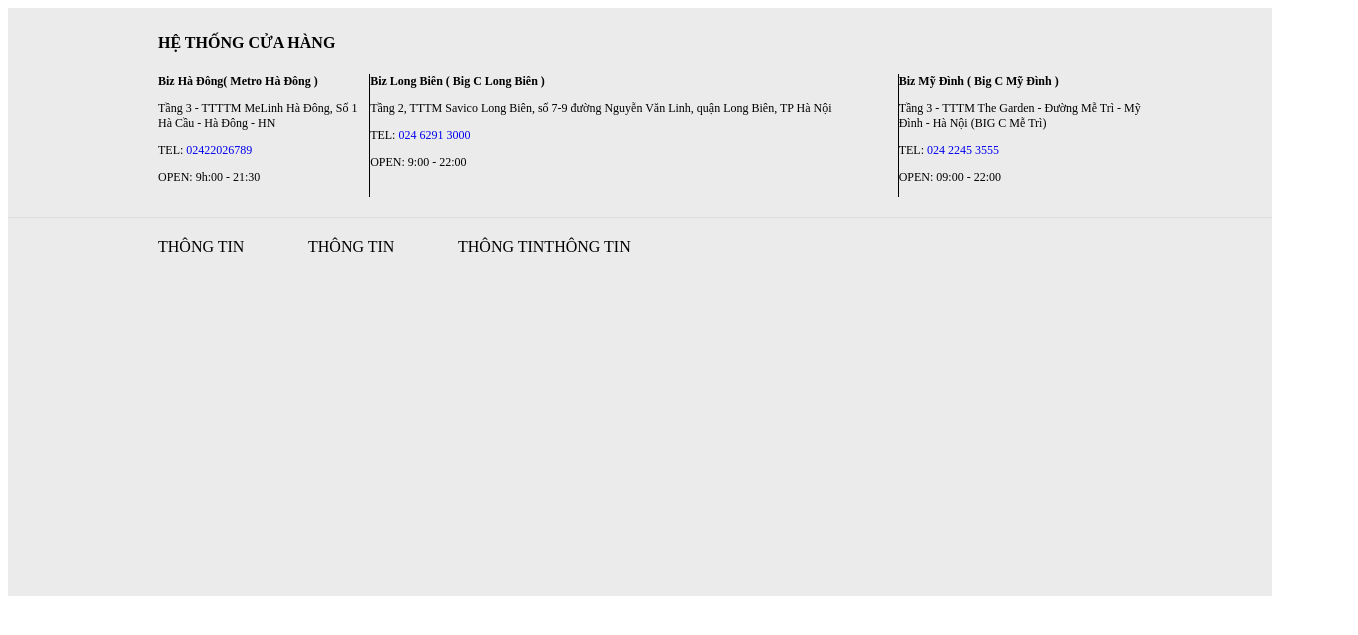
Repository: LongNguyen2504/T3H-FrondEnd
Page: lesson4_css_homework1.html
An editor plug-in stored every save of this project. The page is shown before and after the next save, followed by the edit.
The browser window is 1280 px wide. The page is 1358 px wide, so the pictures cover 1358 px, including what lies to the right of the window. The pictures show the whole page.

Above is the page before, as saved 2021-12-04 21:14:34.

After the next save:
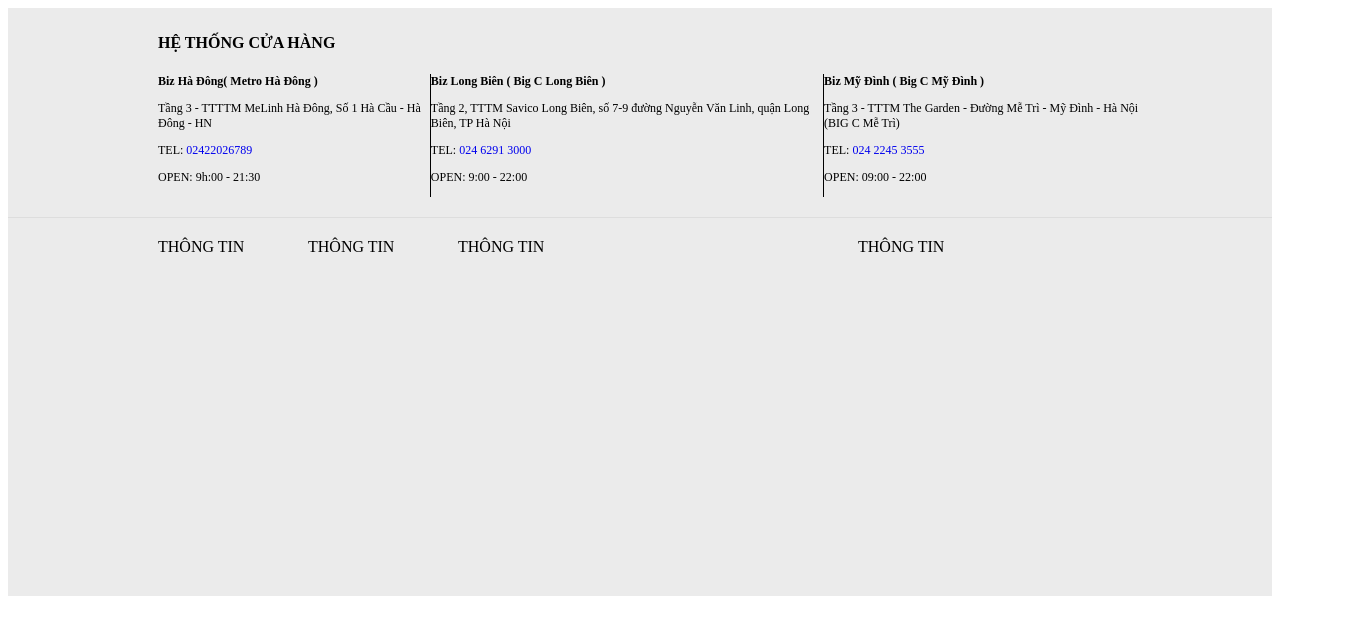
Saved 18 s later.
--- a/lesson4_css_homework1.css
+++ b/lesson4_css_homework1.css
@@ -48,7 +48,7 @@
     padding: auto;
     font-size: 12px;
     border-right: 1px solid black ;
-    width: 800px;
+
     /* position: relative;
     left: 10px; */
 }
@@ -65,7 +65,7 @@
     width: 150px;
 }
 .box6{
-    width: ;
+    width: 400px;
 }
 .box7{
     width: ;
